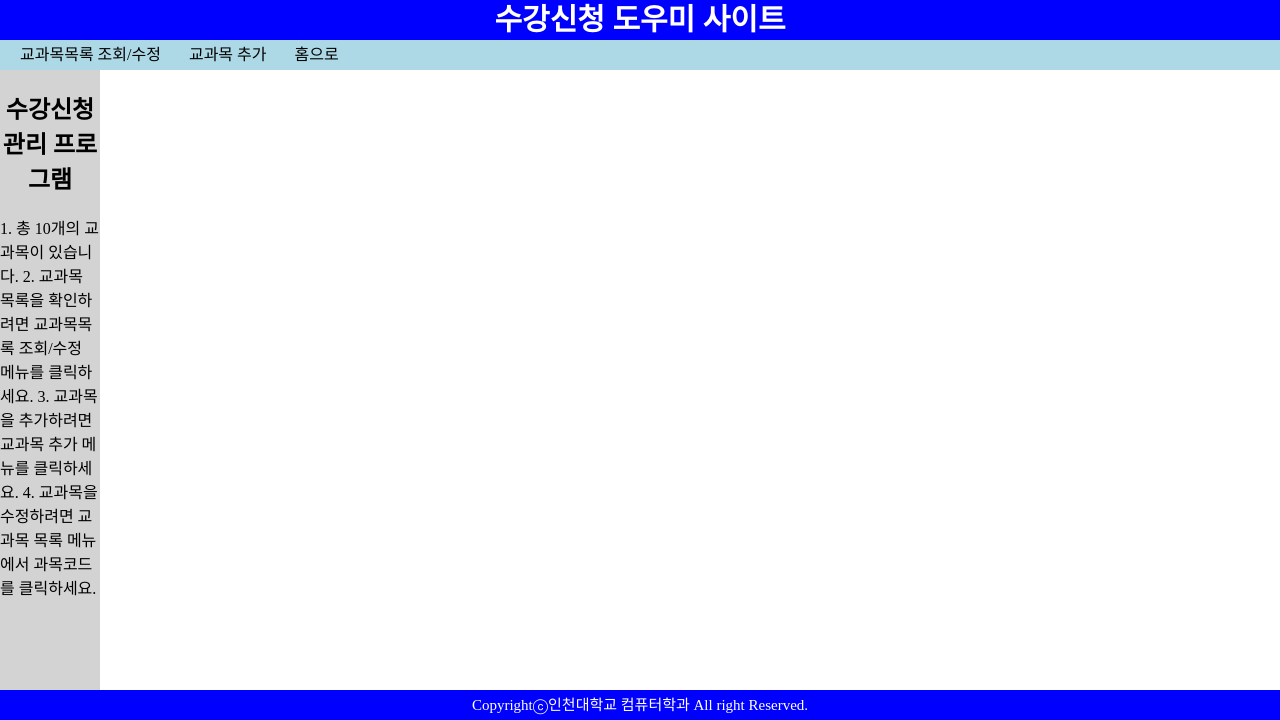
Repository: leesuyeon116/HRD_2
Page: http://localhost/HRD_0419/
The author's editor kept a copy of each file at every save. The page is drawn from the files as they stood at one save, then again after the next save.
The browser window is 1280 px wide. The pictures show the whole page.
The page is served by Tomcat 9.

Above is the page before, as saved 2024-04-19 04:42:40.

After the next save:
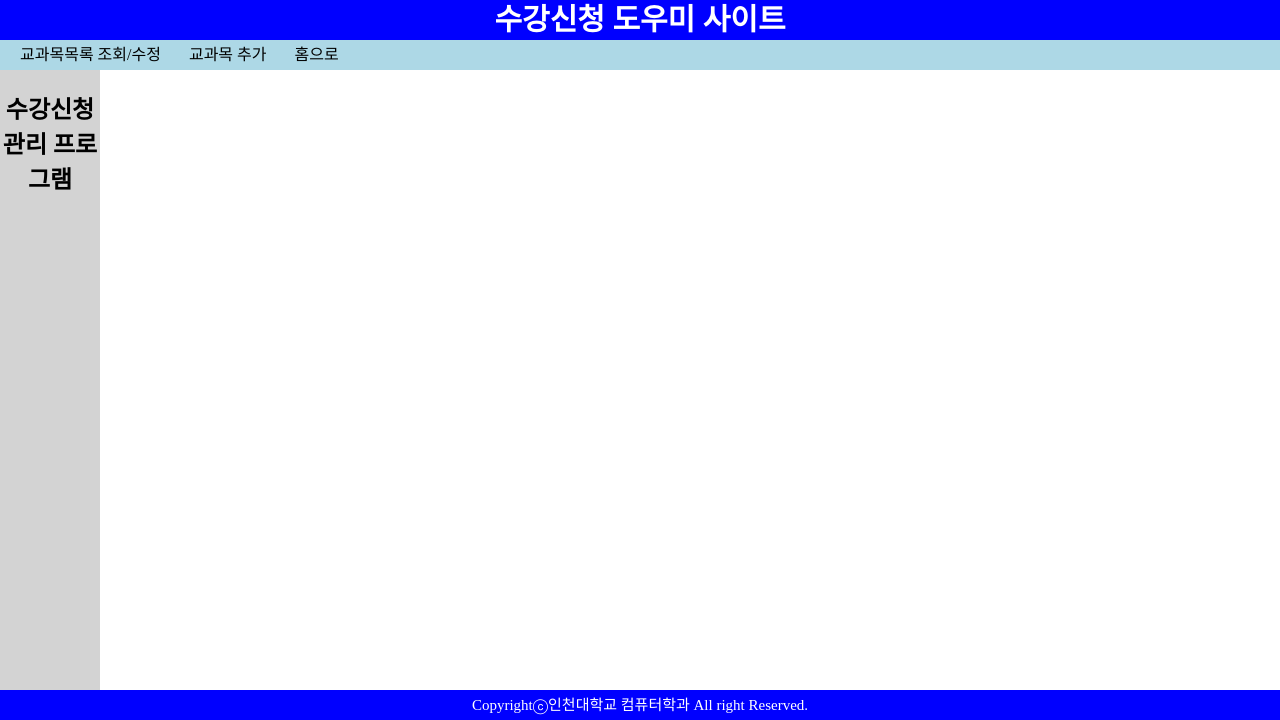
Saved 45 s later.
--- a/HRD_0419/src/main/webapp/index.jsp
+++ b/HRD_0419/src/main/webapp/index.jsp
@@ -11,10 +11,7 @@
 
 		<section style="position: fixed; top: 70px; left:0px; width: 100px; height: 100%; background-color: lightgray">
 		<h2 style="text-align: center;"><b>수강신청 관리 프로그램</b></h2>
-		1. 총 10개의 교과목이 있습니다.
-		2. 교과목 목록을 확인하려면 교과목목록 조회/수정 메뉴를 클릭하세요.
-		3. 교과목을 추가하려면 교과목 추가 메뉴를 클릭하세요.
-		4. 교과목을 수정하려면 교과목 목록 메뉴에서 과목코드를 클릭하세요.
+
 
 
 		</section>
